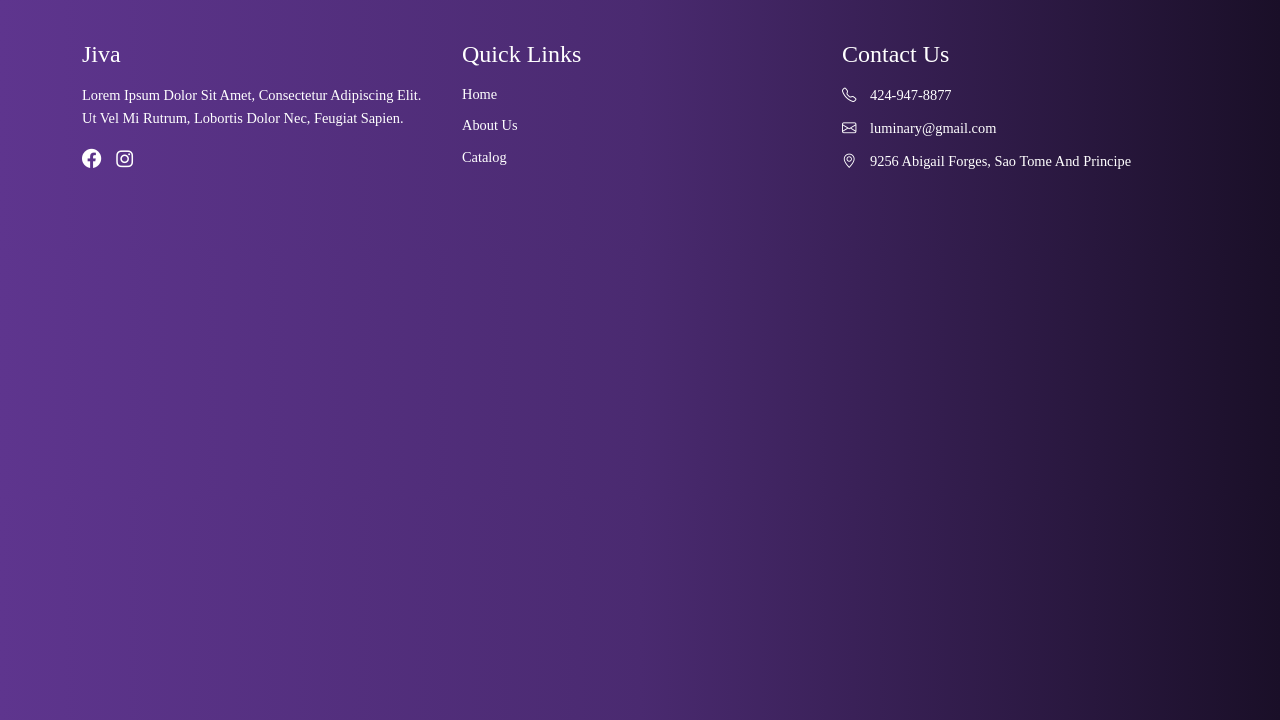
Repository: Vaishnavi323/SonaChandi
Page: http://localhost/sonachandi/application/views/common/footer.php
The author's editor kept a copy of each file at every save. The page is drawn from the files as they stood at one save, then again after the next save.
The browser window is 1280 px wide. The pictures show the whole page.
Some web fonts or font styles are not loaded; a fallback is used. The page is run by PHP 8.4 with error messages shown; the project is at /var/www/html/.

Above is the page before, as saved 2025-06-04 16:33:16.

After the next save:
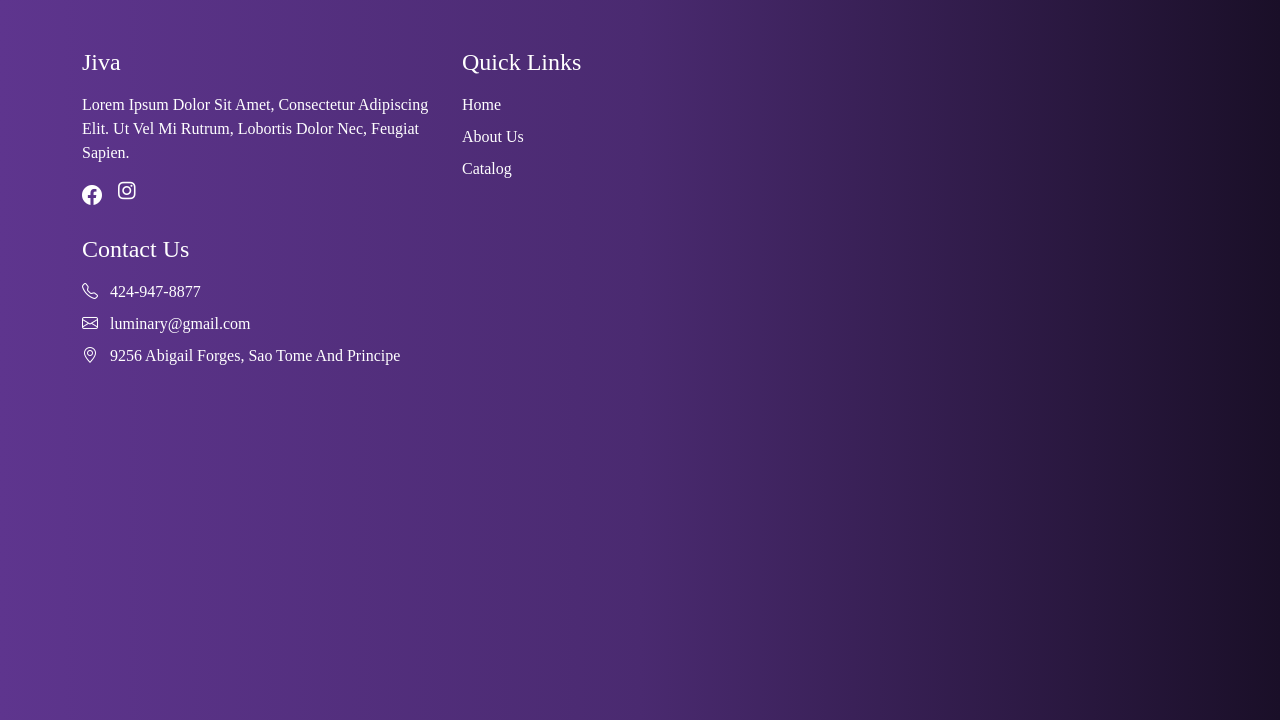
Saved 7 min 54 s later.
--- a/application/views/common/footer.php
+++ b/application/views/common/footer.php
@@ -6,24 +6,18 @@
     <meta name="viewport" content="width=device-width, initial-scale=1.0">
     <title>Responsive Footer</title>
     <!-- Bootstrap CSS -->
-    <link href="https://cdn.jsdelivr.net/npm/bootstrap@5.3.0/dist/css/bootstrap.min.css"
-        rel="stylesheet">
+    <link href="https://cdn.jsdelivr.net/npm/bootstrap@5.3.0/dist/css/bootstrap.min.css" rel="stylesheet">
     <link rel="stylesheet" href="https://cdnjs.cloudflare.com/ajax/libs/font-awesome/6.0.0-beta3/css/all.min.css">
     <!-- Google Fonts -->
     <link href="https://fonts.googleapis.com/css2?family=Cormorant+Garamond:wght@400;500;600;700&display=swap" rel="stylesheet">
     <link href="https://fonts.cdnfonts.com/css/garet" rel="stylesheet">
-
     <style>
         body {
             background: linear-gradient(to right, #5E358E, #4A2A70, #1A0F28);
             color: white;
             font-family: 'Garet', serif;
-
         }
 
-
-
-        /* Apply Cormorant Garamond to headings */
         h1,
         h2,
         h3,
@@ -32,80 +26,40 @@
         h6 {
             font-family: 'Cormorant Garamond', serif;
         }
-
-        .footer {
-            padding: 40px 0;
-        }
-
-        .footer h5 {
-            font-size: 1.5rem;
-            margin-bottom: 15px;
-        }
-
-        .footer p {
-            font-size: 0.9rem;
-            line-height: 1.6;
-        }
-
-        .footer a {
-            color: white;
-            text-decoration: none;
-            display: block;
-            margin-bottom: 10px;
-            font-size: 0.9rem;
-        }
-
-        .footer a:hover {
-            color: #d1d1d1;
-        }
-
-        .social-icons a {
-            margin-right: 15px;
-            font-size: 1.2rem;
-        }
-
-        .contact-info p {
-            margin-bottom: 10px;
-            font-size: 0.9rem;
-        }
-
-        .contact-info i {
-            margin-right: 10px;
-        }
     </style>
 </head>
 
 <body>
-    <footer class="footer">
+    <footer class="py-5">
         <div class="container">
             <div class="row">
                 <!-- First Column: Description and Social Icons -->
                 <div class="col-12 col-md-4 mb-4">
-                    <h5>Jiva</h5>
-                    <p>
+                    <h5 class="fs-4 mb-3">Jiva</h5>
+                    <p class="fs-6">
                         Lorem Ipsum Dolor Sit Amet, Consectetur Adipiscing Elit. Ut Vel Mi Rutrum, Lobortis Dolor Nec, Feugiat Sapien.
                     </p>
-                    <div class="social-icons d-flex">
-                        <a href="#"><i class="bi bi-facebook"></i></a>
-                        <a href="#"><i class="fab fa-instagram"></i></a>
+                    <div class="d-flex">
+                        <a href="#" class="text-white me-3"><i class="bi bi-facebook fs-5"></i></a>
+                        <a href="#" class="text-white"><i class="fab fa-instagram fs-5"></i></a>
                     </div>
                 </div>
 
                 <!-- Second Column: Quick Links -->
                 <div class="col-12 col-md-4 mb-4">
-                    <h5>Quick Links</h5>
-                    <a href="#">Home</a>
-                    <a href="#">About Us</a>
-                    <a href="#">Catalog</a>
+                    <h5 class="fs-4 mb-3">Quick Links</h5>
+                    <a href="#" class="d-block mb-2 text-white text-decoration-none fs-6">Home</a>
+                    <a href="#" class="d-block mb-2 text-white text-decoration-none fs-6">About Us</a>
+                    <a href="#" class="d-block mb-2 text-white text-decoration-none fs-6">Catalog</a>
                 </div>
 
                 <!-- Third Column: Contact Us -->
-                <div class="col-12 col-md-4 mb-4">
-                    <h5>Contact Us</h5>
-                    <div class="contact-info">
-                        <p><i class="bi bi-telephone"></i> 424-947-8877</p>
-                        <p><i class="bi bi-envelope"></i> luminary@gmail.com</p>
-                        <p><i class="bi bi-geo-alt"></i> 9256 Abigail Forges, Sao Tome And Principe</p>
+                <div classamp;-12 col-md-4 mb-4">
+                    <h5 class="fs-4 mb-3">Contact Us</h5>
+                    <div>
+                        <p class="mb-2 fs-6"><i class="bi bi-telephone me-2"></i> 424-947-8877</p>
+                        <p class="mb-2 fs-6"><i class="bi bi-envelope me-2"></i> luminary@gmail.com</p>
+                        <p class="mb-2 fs-6"><i class="bi bi-geo-alt me-2"></i> 9256 Abigail Forges, Sao Tome And Principe</p>
                     </div>
                 </div>
             </div>
